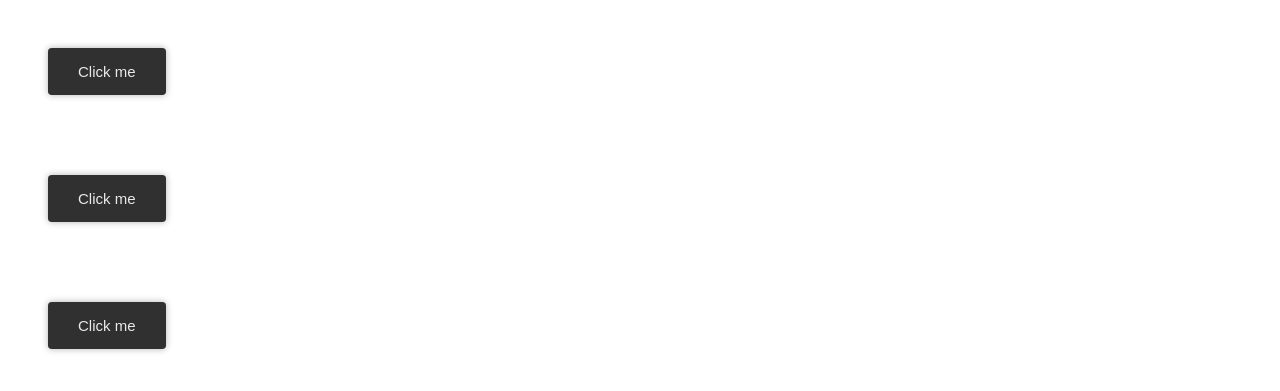
Repository: Folody-Team/Patery-UI
Page: example/index.html
An editor plug-in stored every save of this project. The page is shown before and after the next save, followed by the edit.
The browser window is 1280 px wide. The pictures show the whole page.

Above is the page before, as saved 2022-01-18 12:03:10.

After the next save:
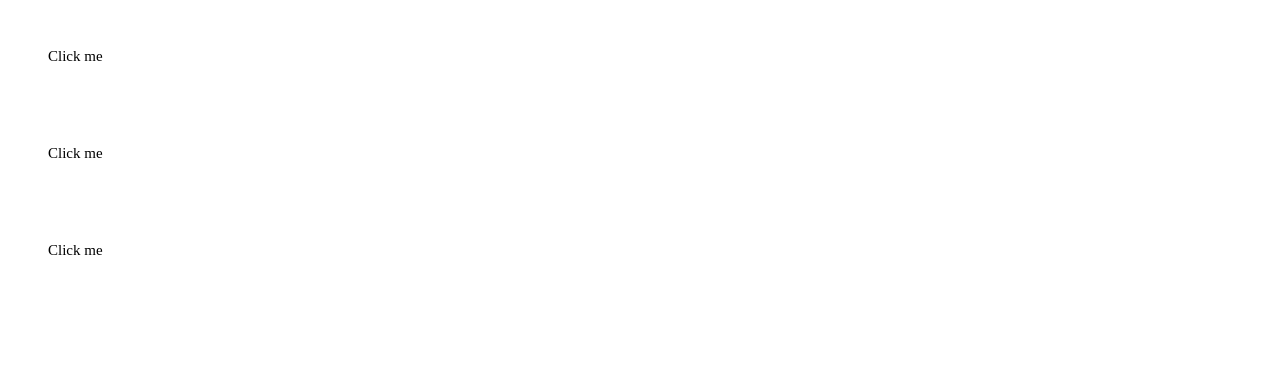
Console error: ReferenceError: light is not defined
Saved 4 min 3 s later.
--- a/patery.js
+++ b/patery.js
@@ -208,7 +208,7 @@
                     if (D.matches) {
                       document.querySelectorAll("*").forEach(function (e) {
                         if(document.querySelector("PateryButton")) {
-                          document.querySelectorAll(".PateryButton").forEach(P => {
+                          document.querySelectorAll("PateryButton").forEach(P => {
                             const dark = "dark";
                             const CLASS = P.getAttribute("class");
                             const complete = dark + " " + CLASS;
@@ -223,10 +223,9 @@
                     } if (L.matches) {
                       document.querySelectorAll("*").forEach(function (e) {
                         if(document.querySelector("PateryButton")) {
-                          document.querySelectorAll(".PateryButton").forEach(P => {
-                            const light = "light";
+                          document.querySelectorAll("PateryButton").forEach(P => {
                             const CLASS = P.getAttribute("class");
-                            const complete = light + " " + CLASS;
+                            const complete = light + " ";
                             P.setAttribute("class", complete);
                           })
                           document.querySelectorAll(".ri-67").forEach(P => {

After the 2 saves that followed:
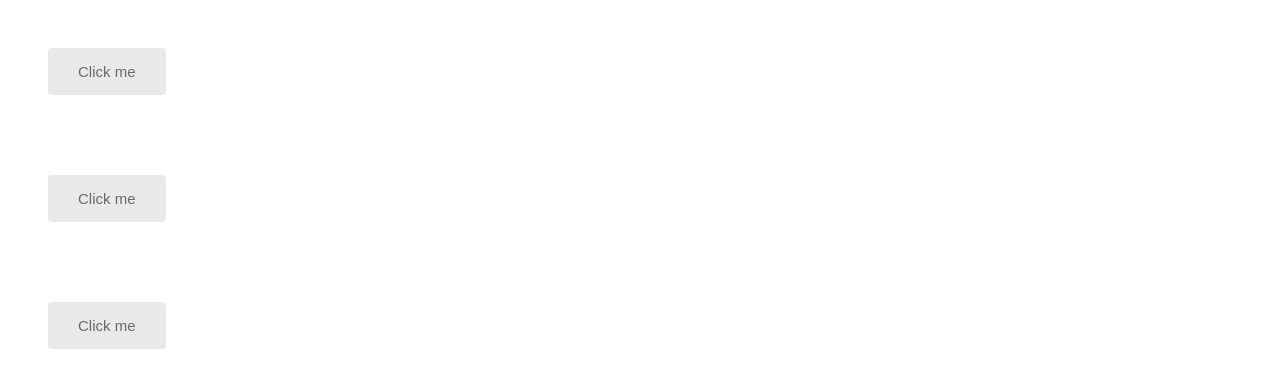
The error is gone.
The 2 saves are shown as one change because 1 left the picture as it was.
The last was saved 35 s later.
--- a/patery.js
+++ b/patery.js
@@ -224,8 +224,9 @@
                       document.querySelectorAll("*").forEach(function (e) {
                         if(document.querySelector("PateryButton")) {
                           document.querySelectorAll("PateryButton").forEach(P => {
+                            const light = "light";
                             const CLASS = P.getAttribute("class");
-                            const complete = light + " ";
+                            const complete = light + " " + CLASS;
                             P.setAttribute("class", complete);
                           })
                           document.querySelectorAll(".ri-67").forEach(P => {
